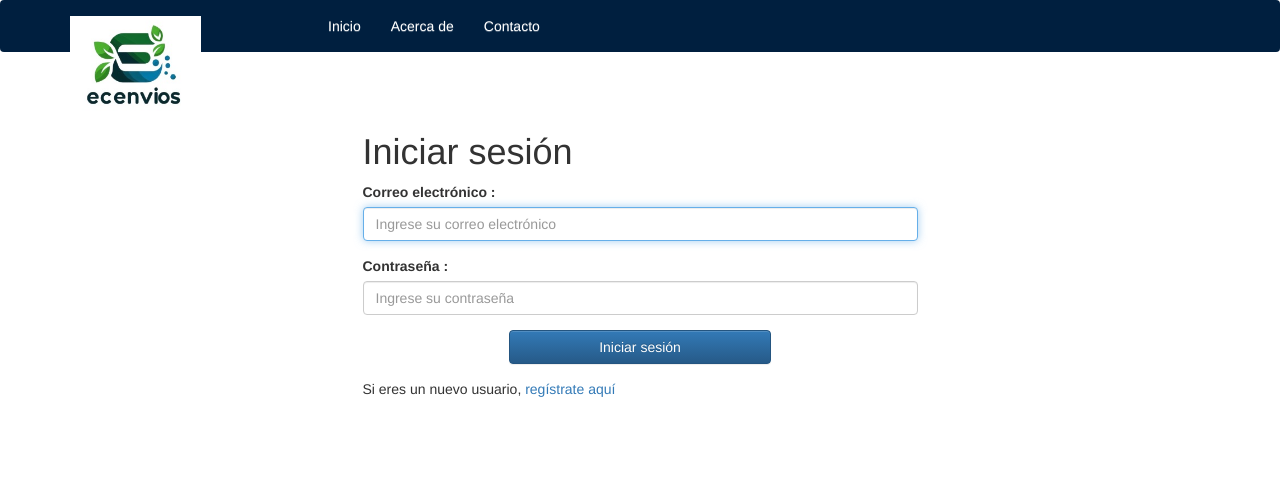
Repository: BolivarCaro/ecenviosweb
Page: http://localhost/login
The author's editor kept a copy of each file at every save. The page is drawn from the files as they stood at one save, then again after the next save.
The browser window is 1280 px wide. The pictures show the whole page.
The page is this project's Thymeleaf template; nobody is signed in. The template is opened directly, without the code that normally fills it, so the values that code supplies are empty.

Above is the page before, as saved 2024-07-14 14:26:41.
Console error (its wording comes from the project's code and is left out).

After the next save:
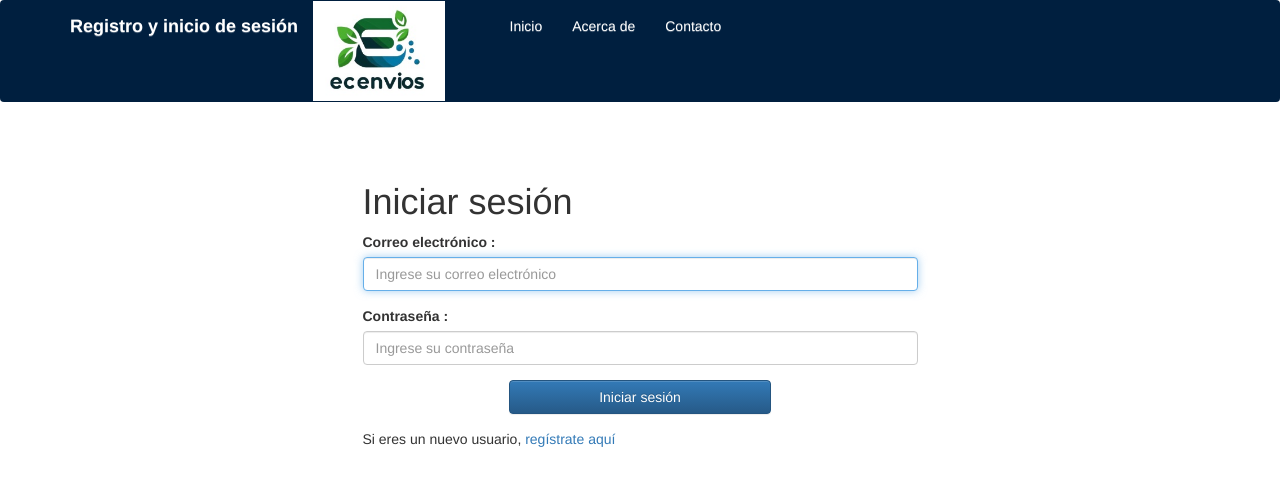
Saved 48 s later.
--- a/sprindbootecenvios/src/main/resources/templates/login.html
+++ b/sprindbootecenvios/src/main/resources/templates/login.html
@@ -29,9 +29,10 @@
 	                <span class="icon-bar"></span>
 	            </button>
 	            <a class="navbar-brand" href="#" th:href="@{/}" style="color: white;">
-	                <img src="/images/logoecenvios.png" alt="Logo" style="height: 100px; margin-right: 50px;">
+
 	                <span style="font-weight: bold; font-size: 18px;">Registro y inicio de sesión</span>
 	            </a>
+				<img src="/images/logoecenvios.png" alt="Logo" style="height: 100px; margin-right: 50px;">
 	        </div>
 	        <div id="navbar" class="collapse navbar-collapse">
 	            <ul class="nav navbar-nav">

After the save that followed:
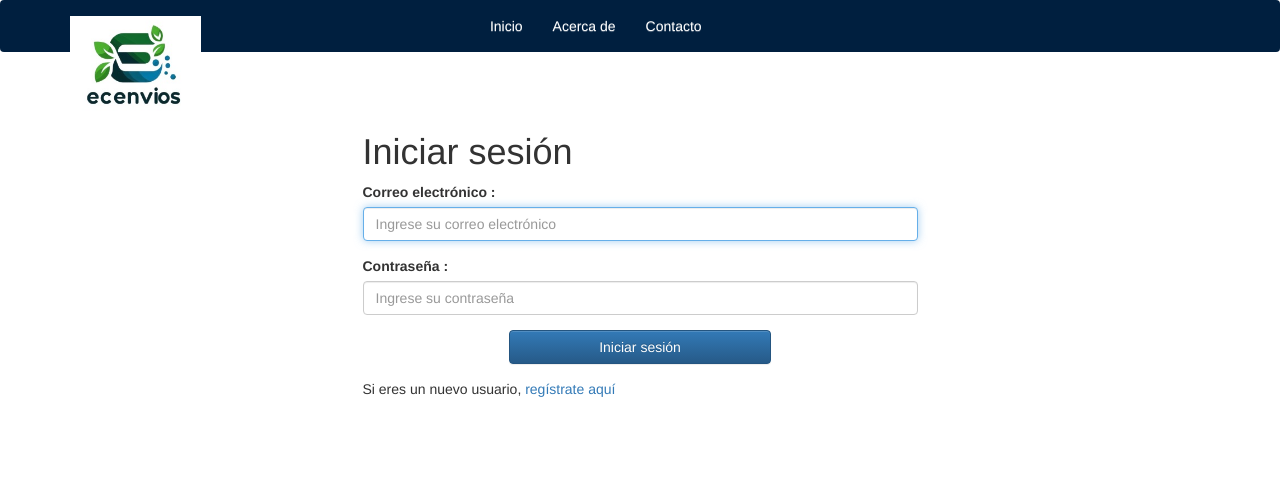
Saved 81 s later.
--- a/sprindbootecenvios/src/main/resources/templates/login.html
+++ b/sprindbootecenvios/src/main/resources/templates/login.html
@@ -29,10 +29,11 @@
 	                <span class="icon-bar"></span>
 	            </button>
 	            <a class="navbar-brand" href="#" th:href="@{/}" style="color: white;">
-
-	                <span style="font-weight: bold; font-size: 18px;">Registro y inicio de sesión</span>
+	                <div style="text-align: center;">
+	                    <img src="/images/logoecenvios.png" alt="Logo" style="height: 100px; margin-bottom: 10px;">
+	                    <span style="font-weight: bold; font-size: 20px;">Registro y inicio de sesión</span>
+	                </div>
 	            </a>
-				<img src="/images/logoecenvios.png" alt="Logo" style="height: 100px; margin-right: 50px;">
 	        </div>
 	        <div id="navbar" class="collapse navbar-collapse">
 	            <ul class="nav navbar-nav">
@@ -43,6 +44,7 @@
 	        </div>
 	    </div>
 	</nav>
+
 
 
 
